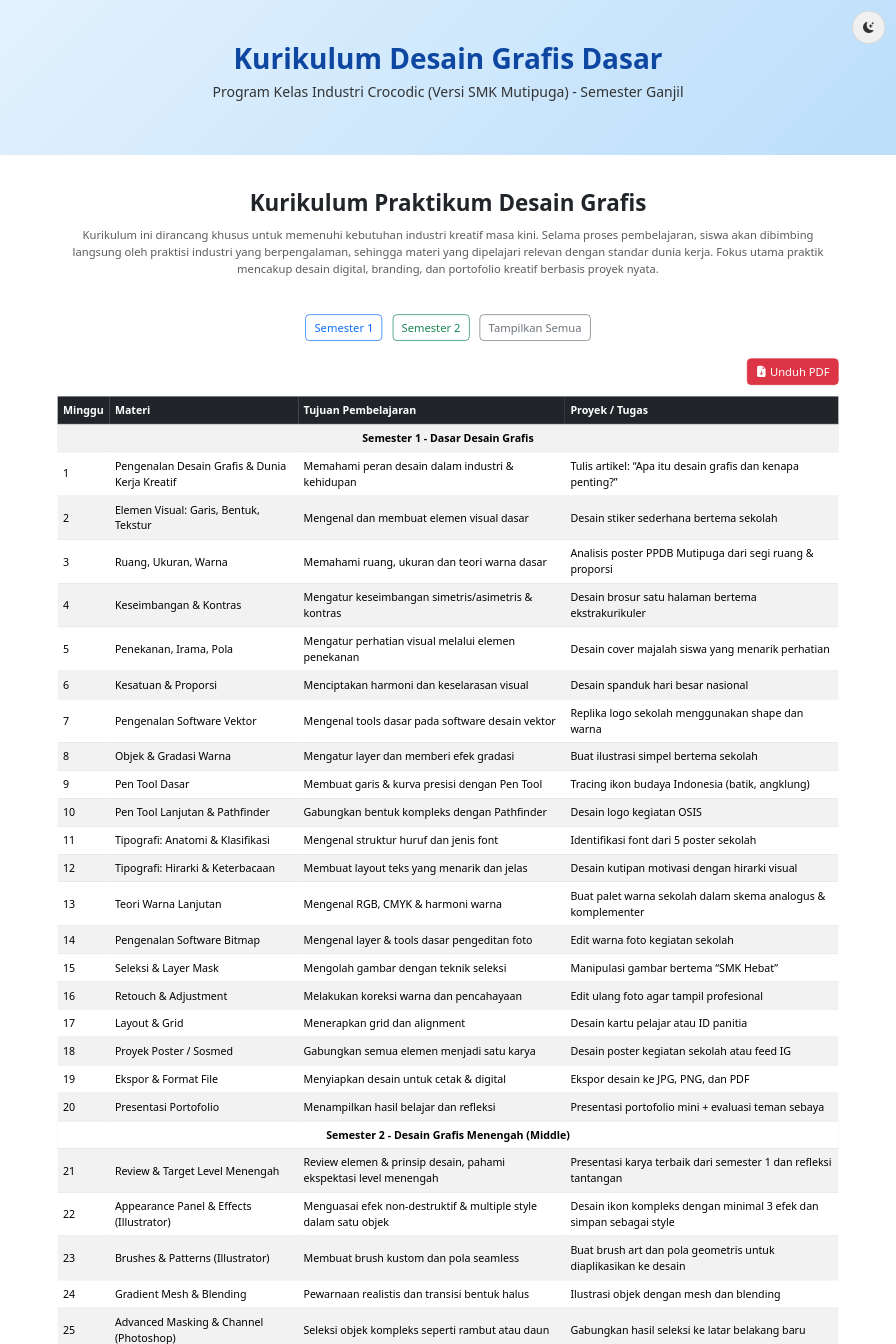
Repository: ppdbsmkmutipuga/kurikulumdesain
Page: index.html
The author's editor kept a copy of each file at every save. The page is drawn from the files as they stood at one save, then again after a run of saves.
The browser window is 1280 px wide. The pictures show the part of the page from y = 0 to 1920 px (the page is 2959 px tall before and 3035 px after), at 70% of full size.

Above is the page before, as saved 2025-07-01 05:13:45.

### index.html
<!DOCTYPE html>
<html lang="id">

<head>
    <meta charset="UTF-8" />
    <meta name="viewport" content="width=device-width, initial-scale=1.0" />
    <title>Kurikulum Desain Grafis - SMK Mutipuga</title>
    <link href="https://cdn.jsdelivr.net/npm/bootstrap@5.3.3/dist/css/bootstrap.min.css" rel="stylesheet" />
    <link href="https://cdnjs.cloudflare.com/ajax/libs/aos/2.3.4/aos.css" rel="stylesheet" />
    <link href="https://cdn.jsdelivr.net/npm/bootstrap-icons@1.10.5/font/bootstrap-icons.css" rel="stylesheet">
    <link rel="stylesheet" href="style.css">
    <script src="https://cdnjs.cloudflare.com/ajax/libs/html2pdf.js/0.10.1/html2pdf.bundle.min.js"></script>

</head>

<body>
    <button class="btn btn-outline-dark mode-toggle" onclick="toggleMode()">
        <i class="bi bi-moon-stars-fill"></i>
    </button>

    <!-- Hero Section -->
    <section class="hero" data-aos="fade-down">
        <div class="container">
            <h1>Kurikulum Desain Grafis Dasar</h1>
            <p class="lead">Program Kelas Industri Crocodic (Versi SMK Mutipuga) - Semester Ganjil</p>
        </div>
    </section>

    <!-- Table Section -->
    <section class="container my-5" data-aos="fade-up">
        <h2 class="section-title text-center fw-bold mb-3">Kurikulum Praktikum Desain Grafis</h2>
        <p class="text-center mb-5 text-muted">
            Kurikulum ini dirancang khusus untuk memenuhi kebutuhan industri kreatif masa kini.
            Selama proses pembelajaran, siswa akan dibimbing langsung oleh praktisi industri yang berpengalaman,
            sehingga materi yang dipelajari relevan dengan standar dunia kerja.
            Fokus utama praktik mencakup desain digital, branding, dan portofolio kreatif berbasis proyek nyata.
        </p>

        <div class="filter-buttons">
            <button class="btn btn-outline-primary" onclick="filterSemester(1)">Semester 1</button>
            <button class="btn btn-outline-success" onclick="filterSemester(2)">Semester 2</button>
            <button class="btn btn-outline-secondary" onclick="filterSemester(0)">Tampilkan Semua</button>
        </div>
        <div class="text-end my-3">
            <button class="btn btn-danger" onclick="downloadPDF()">
                <i class="bi bi-file-earmark-arrow-down-fill"></i> Unduh PDF
            </button>
        </div>

        <div id="pdf-content">
            <div class="table-container">
                <div class="table-responsive">
                    <table class="table table-striped table-hover align-middle mb-0" id="kurikulumTable">
                        <thead class="table-dark">
                            <tr>
                                <th scope="col">Minggu</th>
                                <th scope="col">Materi</th>
                                <th scope="col">Tujuan Pembelajaran</th>
                                <th scope="col">Proyek / Tugas</th>
                            </tr>
                        </thead>
                        <tbody>

                            <!-- Data rows akan di-load lewat JS -->
                        </tbody>
                    </table>
                </div>
            </div>
    </section>

    <!-- Footer -->
    <footer>
        &copy; 2025 SMK Muhammadiyah 3 Pucang Gading | Program Kelas Industri Crocodic
    </footer>

    <!-- Scripts -->
    <script src="https://cdn.jsdelivr.net/npm/bootstrap@5.3.3/dist/js/bootstrap.bundle.min.js"></script>
    <script src="https://cdnjs.cloudflare.com/ajax/libs/aos/2.3.4/aos.js"></script>
    <script src="script.js"></script>
</body>

</html>

### style.css
/* =========================
   HERO SECTION
========================= */
.hero {
  padding: 60px 0;
  background: linear-gradient(135deg, #e3f2fd, #bbdefb);
  text-align: center;
}

.hero h1 {
  font-weight: 700;
  font-size: 2.5rem;
  color: #0d47a1;
}

.hero p {
  font-size: 1.25rem;
  color: #333;
}

body.bg-dark .hero {
  background: linear-gradient(135deg, #1e1e1e, #2c2c2c);
}

body.bg-dark .hero h1 {
  color: #90caf9;
}

body.bg-dark .hero p {
  color: #cccccc;
}

/* =========================
   FILTER BUTTONS
========================= */
.filter-buttons {
  text-align: center;
  margin: 20px 0;
}

.filter-buttons .btn {
  margin: 5px;
}

body.bg-dark .btn-outline-primary {
  color: #90caf9;
  border-color: #90caf9;
}

body.bg-dark .btn-outline-success {
  color: #81c784;
  border-color: #81c784;
}

body.bg-dark .btn-outline-secondary {
  color: #b0bec5;
  border-color: #b0bec5;
}

/* =========================
   TABLE SECTION
========================= */
.table-container {
  overflow-x: auto;
}

.table th,
.table td {
  vertical-align: middle !important;
  font-size: 0.95rem;
}

/* Baris header semester (custom row) */
.table .table-header-row {
  background-color: #cce5ff;
  font-weight: 600;
  text-align: center;
}

body.bg-dark .table .table-header-row {
  background-color: #2c3e50;
  color: #ffffff !important;
}

/* DARK MODE TABLE FIX */
body.bg-dark .table,
body.bg-dark .table td,
body.bg-dark .table th {
  color: #f1f1f1 !important;
  background-color: transparent !important;
  opacity: 1 !important;
}

body.bg-dark .table-striped tbody tr:nth-of-type(odd) {
  background-color: #2c2c2c !important;
}

body.bg-dark .table-striped tbody tr:nth-of-type(even) {
  background-color: #1a1a1a !important;
}

body.bg-dark .table-hover tbody tr:hover {
  background-color: #3a3a3a !important;
}

body.bg-dark .table thead th {
  background-color: #111 !important;
  color: #fff !important;
  border-color: #444 !important;
}

body.bg-dark .table-primary {
  background-color: #455a64 !important;
  color: #fff !important;
}

/* =========================
   FOOTER
========================= */
footer {
  padding: 20px;
  text-align: center;
  background-color: #f1f1f1;
  margin-top: 50px;
  font-size: 0.9rem;
  color: #333;
}

body.bg-dark footer {
  background-color: #1e1e1e;
  color: #e0e0e0;
}

/* =========================
   MODE TOGGLE BUTTON
========================= */
.mode-toggle {
  position: fixed;
  top: 15px;
  right: 15px;
  z-index: 1000;
  border-radius: 50%;
  width: 48px;
  height: 48px;
  display: flex;
  align-items: center;
  justify-content: center;
  background-color: #f0f0f0;
  color: #333;
  border: 1px solid #ccc;
}

/* Header tabel semester */
.table-header-row {
  background-color: #cce5ff;
  /* mode terang */
  color: #0d47a1;
}

/* Ubah header semester agar lebih gelap dan teks lebih jelas di dark mode */
body.bg-dark .table-header-row {
  background-color: #37474f;
  /* warna gelap yang elegan */
  color: #ffffff;
}

body.bg-dark .mode-toggle {
  background-color: #333;
  color: #fff;
  border: 1px solid #666;
}

/* Footer default */
footer {
  padding: 20px;
  text-align: center;
  background-color: #f1f1f1;
  margin-top: 50px;
  font-size: 0.9rem;
  color: #333;
}

/* Footer saat dark mode */
body.bg-dark footer {
  background-color: #1e1e1e;
  color: #ccc;
}


/* =========================
   RESPONSIVE
========================= */
@media (max-width: 768px) {
  .hero h1 {
    font-size: 1.8rem;
  }

  .hero p {
    font-size: 1rem;
  }

  .table th,
  .table td {
    font-size: 0.85rem;
  }
}

@media (max-width: 576px) {
  .mode-toggle {
    width: 40px;
    height: 40px;
  }

  .hero {
    padding: 40px 0;
  }
}

@media print {
  body {
    background: #fff !important;
    color: #000 !important;
  }

  .mode-toggle,
  .filter-buttons,
  footer {
    display: none !important;
  }

  .table th,
  .table td {
    font-size: 0.75rem;
  }
}

@media print {

  html,
  body {
    width: 210mm;
    height: 297mm;
    margin: 0;
    padding: 0;
    overflow: hidden;
    zoom: 0.75;
    /* Sesuaikan skala agar muat ke PDF */
  }

  .table-container {
    overflow: visible !important;
  }

  .table-responsive {
    overflow: visible !important;
  }

  table {
    table-layout: fixed;
    width: 100% !important;
    word-wrap: break-word;
  }

  .table td,
  .table th {
    font-size: 10pt !important;
    padding: 6px 8px;
    white-space: normal !important;
  }

  .filter-buttons,
  .mode-toggle,
  footer {
    display: none !important;
  }
}

### script.js
// Inisialisasi animasi AOS
AOS.init();

// Data lengkap Week 1–40
const tableData = [
    { week: 'Semester 1 - Dasar Desain Grafis', isHeader: true, semester: 1 },
    { week: 1, materi: 'Pengenalan Desain Grafis & Dunia Kerja Kreatif', tujuan: 'Memahami peran desain dalam industri & kehidupan', tugas: 'Tulis artikel: “Apa itu desain grafis dan kenapa penting?”', semester: 1 },
    { week: 2, materi: 'Elemen Visual: Garis, Bentuk, Tekstur', tujuan: 'Mengenal dan membuat elemen visual dasar', tugas: 'Desain stiker sederhana bertema sekolah', semester: 1 },
    { week: 3, materi: 'Ruang, Ukuran, Warna', tujuan: 'Memahami ruang, ukuran dan teori warna dasar', tugas: 'Analisis poster PPDB Mutipuga dari segi ruang & proporsi', semester: 1 },
    { week: 4, materi: 'Keseimbangan & Kontras', tujuan: 'Mengatur keseimbangan simetris/asimetris & kontras', tugas: 'Desain brosur satu halaman bertema ekstrakurikuler', semester: 1 },
    { week: 5, materi: 'Penekanan, Irama, Pola', tujuan: 'Mengatur perhatian visual melalui elemen penekanan', tugas: 'Desain cover majalah siswa yang menarik perhatian', semester: 1 },
    { week: 6, materi: 'Kesatuan & Proporsi', tujuan: 'Menciptakan harmoni dan keselarasan visual', tugas: 'Desain spanduk hari besar nasional', semester: 1 },
    { week: 7, materi: 'Pengenalan Software Vektor', tujuan: 'Mengenal tools dasar pada software desain vektor', tugas: 'Replika logo sekolah menggunakan shape dan warna', semester: 1 },
    { week: 8, materi: 'Objek & Gradasi Warna', tujuan: 'Mengatur layer dan memberi efek gradasi', tugas: 'Buat ilustrasi simpel bertema sekolah', semester: 1 },
    { week: 9, materi: 'Pen Tool Dasar', tujuan: 'Membuat garis & kurva presisi dengan Pen Tool', tugas: 'Tracing ikon budaya Indonesia (batik, angklung)', semester: 1 },
    { week: 10, materi: 'Pen Tool Lanjutan & Pathfinder', tujuan: 'Gabungkan bentuk kompleks dengan Pathfinder', tugas: 'Desain logo kegiatan OSIS', semester: 1 },
    { week: 11, materi: 'Tipografi: Anatomi & Klasifikasi', tujuan: 'Mengenal struktur huruf dan jenis font', tugas: 'Identifikasi font dari 5 poster sekolah', semester: 1 },
    { week: 12, materi: 'Tipografi: Hirarki & Keterbacaan', tujuan: 'Membuat layout teks yang menarik dan jelas', tugas: 'Desain kutipan motivasi dengan hirarki visual', semester: 1 },
    { week: 13, materi: 'Teori Warna Lanjutan', tujuan: 'Mengenal RGB, CMYK & harmoni warna', tugas: 'Buat palet warna sekolah dalam skema analogus & komplementer', semester: 1 },
    { week: 14, materi: 'Pengenalan Software Bitmap', tujuan: 'Mengenal layer & tools dasar pengeditan foto', tugas: 'Edit warna foto kegiatan sekolah', semester: 1 },
    { week: 15, materi: 'Seleksi & Layer Mask', tujuan: 'Mengolah gambar dengan teknik seleksi', tugas: 'Manipulasi gambar bertema “SMK Hebat”', semester: 1 },
    { week: 16, materi: 'Retouch & Adjustment', tujuan: 'Melakukan koreksi warna dan pencahayaan', tugas: 'Edit ulang foto agar tampil profesional', semester: 1 },
    { week: 17, materi: 'Layout & Grid', tujuan: 'Menerapkan grid dan alignment', tugas: 'Desain kartu pelajar atau ID panitia', semester: 1 },
    { week: 18, materi: 'Proyek Poster / Sosmed', tujuan: 'Gabungkan semua elemen menjadi satu karya', tugas: 'Desain poster kegiatan sekolah atau feed IG', semester: 1 },
    { week: 19, materi: 'Ekspor & Format File', tujuan: 'Menyiapkan desain untuk cetak & digital', tugas: 'Ekspor desain ke JPG, PNG, dan PDF', semester: 1 },
    { week: 20, materi: 'Presentasi Portofolio', tujuan: 'Menampilkan hasil belajar dan refleksi', tugas: 'Presentasi portofolio mini + evaluasi teman sebaya', semester: 1 },
    { week: 'Semester 2 - Desain Grafis Menengah (Middle)', isHeader: true, semester: 2 },
    { week: 21, materi: 'Review & Target Level Menengah', tujuan: 'Review elemen & prinsip desain, pahami ekspektasi level menengah', tugas: 'Presentasi karya terbaik dari semester 1 dan refleksi tantangan', semester: 2 },
    { week: 22, materi: 'Appearance Panel & Effects (Illustrator)', tujuan: 'Menguasai efek non-destruktif & multiple style dalam satu objek', tugas: 'Desain ikon kompleks dengan minimal 3 efek dan simpan sebagai style', semester: 2 },
    { week: 23, materi: 'Brushes & Patterns (Illustrator)', tujuan: 'Membuat brush kustom dan pola seamless', tugas: 'Buat brush art dan pola geometris untuk diaplikasikan ke desain', semester: 2 },
    { week: 24, materi: 'Gradient Mesh & Blending', tujuan: 'Pewarnaan realistis dan transisi bentuk halus', tugas: 'Ilustrasi objek dengan mesh dan blending', semester: 2 },
    { week: 25, materi: 'Advanced Masking & Channel (Photoshop)', tujuan: 'Seleksi objek kompleks seperti rambut atau daun', tugas: 'Gabungkan hasil seleksi ke latar belakang baru', semester: 2 },
    { week: 26, materi: 'Smart Objects & Non-Destructive Workflow', tujuan: 'Menggunakan Smart Object dan Smart Filter dalam editing', tugas: 'Edit foto dengan teknik non-destruktif dan simpan editable', semester: 2 },
    { week: 27, materi: 'Compositing & Manipulasi Foto', tujuan: 'Gabungkan beberapa gambar menjadi satu komposisi yang harmonis', tugas: 'Buat karya bertema surealis/fantasi dengan minimal 3 gambar', semester: 2 },
    { week: 28, materi: 'Font Pairing & Hirarki Tipografi Lanjut', tujuan: 'Gunakan kombinasi font yang efektif dan hirarki teks yang kompleks', tugas: 'Desain halaman majalah atau web dengan 3 level teks dan font pairing', semester: 2 },
    { week: 29, materi: 'Typographic Grid & Readability', tujuan: 'Menggunakan grid dan memahami keterbacaan teks panjang', tugas: 'Rancang ulang artikel agar lebih rapi dan nyaman dibaca', semester: 2 },
    { week: 30, materi: 'Psikologi Warna & Palet Kustom', tujuan: 'Pahami pengaruh warna terhadap persepsi', tugas: 'Buat 2 palet warna untuk brand fiktif, berikan justifikasi', semester: 2 },
    { week: 31, materi: 'Logo & Identitas Visual Dasar', tujuan: 'Pahami jenis-jenis logo dan elemen visual', tugas: 'Analisis logo UKM lokal dan berikan saran pengembangan', semester: 2 },
    { week: 32, materi: 'Logo Variasi & Style Guide Dasar', tujuan: 'Desain versi logo berbeda dan panduan penggunaannya', tugas: 'Buat minimal 3 versi logo + 1 halaman style guide sederhana', semester: 2 },
    { week: 33, materi: 'InDesign: Master Pages', tujuan: 'Mengenal interface dan penggunaan master page', tugas: 'Desain dokumen 4 halaman dengan elemen tetap', semester: 2 },
    { week: 34, materi: 'InDesign: Styles & Text Flow', tujuan: 'Membuat paragraph styles dan mengatur aliran teks', tugas: 'Desain artikel dummy dengan text threading dan paragraph styles', semester: 2 },
    { week: 35, materi: 'UI/UX Design Principles', tujuan: 'Memahami prinsip dasar usability dan perbedaan UI/UX', tugas: 'Analisis aplikasi populer dan evaluasi prinsip usability-nya', semester: 2 },
    { week: 36, materi: 'Desain Elemen UI Dasar', tujuan: 'Desain tombol, form, dan komponen lain dengan berbagai state', tugas: 'Buat set UI: tombol, form, card dengan tampilan konsisten', semester: 2 },
    { week: 37, materi: 'Brief, Riset & Moodboard', tujuan: 'Menganalisis brief dan membuat visual moodboard', tugas: 'Buat moodboard untuk proyek branding fiktif', semester: 2 },
    { week: 38, materi: 'Proyek Integratif', tujuan: 'Menggabungkan semua skill dalam satu proyek besar', tugas: 'Lanjutkan proyek branding/brosur/UI berdasarkan brief', semester: 2 },
    { week: 39, materi: 'Print & Web Optimization', tujuan: 'Optimalkan file desain untuk cetak dan web', tugas: 'Ekspor proyek ke versi cetak (PDF) dan digital (JPG/PNG)', semester: 2 },
    { week: 40, materi: 'Portfolio Review & Karir', tujuan: 'Review proyek akhir dan diskusi karir desain', tugas: 'Presentasikan proyek akhir + 3–5 karya untuk portofolio mini', semester: 2 },
];

const tbody = document.querySelector('#kurikulumTable tbody');

function renderTable(filter) {
    tbody.innerHTML = '';
    let hasPrintedSemester1Header = false;
    let hasPrintedSemester2Header = false;
    tableData.forEach(row => {
        if (filter === 0 || row.semester === filter || row.isHeader) {
            if (row.isHeader) {
                if ((filter === 1 && row.semester === 1 && !hasPrintedSemester1Header) ||
                    (filter === 2 && row.semester === 2 && !hasPrintedSemester2Header) ||
                    filter === 0) {
                    const tr = document.createElement('tr');
                    tr.className = 'table-header-row text-center fw-bold';
                    const td = document.createElement('td');
                    td.setAttribute('colspan', 4);
                    td.textContent = row.week;
                    tr.appendChild(td);
                    tbody.appendChild(tr);
                    if (row.semester === 1) hasPrintedSemester1Header = true;
                    if (row.semester === 2) hasPrintedSemester2Header = true;
                }
            } else {
                if (filter === 0 || row.semester === filter) {
                    const tr = document.createElement('tr');
                    tr.innerHTML = `
            <td>${row.week}</td>
            <td>${row.materi}</td>
            <td>${row.tujuan}</td>
            <td>${row.tugas}</td>
          `;
                    tbody.appendChild(tr);
                }
            }
        }
    });
}

function filterSemester(semester) {
    renderTable(semester);
}

function toggleMode() {
    document.body.classList.toggle('bg-dark');
    document.body.classList.toggle('text-white');
}

renderTable(0);


function downloadPDF() {
    const element = document.getElementById("pdf-content");
    const opt = {
        margin: 0.2,
        filename: "kurikulum-desain-grafis.pdf",
        image: { type: "jpeg", quality: 0.98 },
        html2canvas: {
            scale: 3,        // Lebih tajam
            useCORS: true,   // Jika ada gambar
            allowTaint: true
        },
        jsPDF: {
            unit: "mm",
            format: "a4",
            orientation: "portrait"
        },
        pagebreak: { mode: ['avoid-all', 'css', 'legacy'] }
    };
    html2pdf().set(opt).from(element).save();
}

After the next 2 saves:
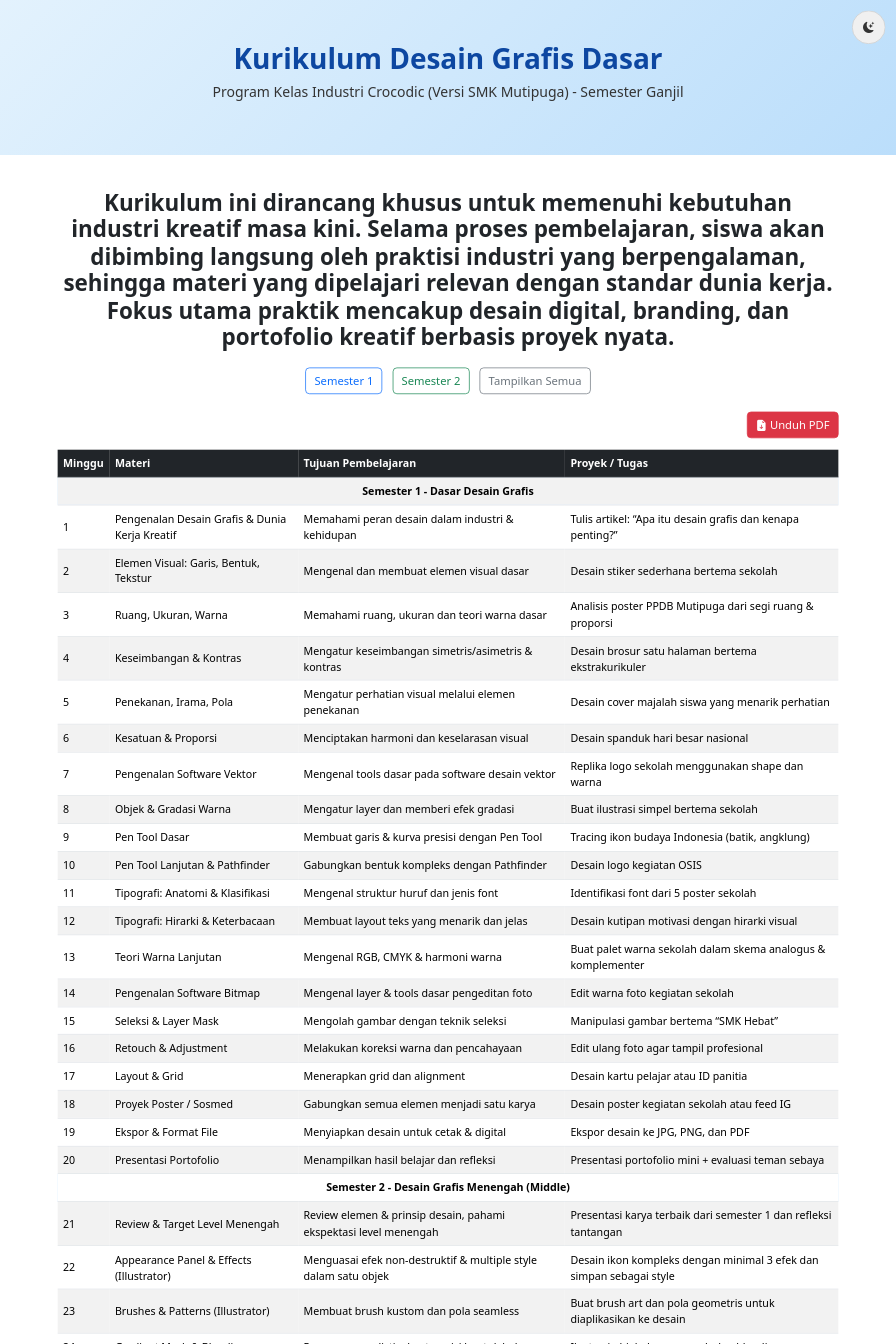
The 2 saves are shown as one change because they came seconds apart.
The last was saved 64 s later.
--- a/index.html
+++ b/index.html
@@ -28,13 +28,12 @@
 
     <!-- Table Section -->
     <section class="container my-5" data-aos="fade-up">
-        <h2 class="section-title text-center fw-bold mb-3">Kurikulum Praktikum Desain Grafis</h2>
-        <p class="text-center mb-5 text-muted">
+        <h2 class="section-title text-center fw-bold mb-3">
             Kurikulum ini dirancang khusus untuk memenuhi kebutuhan industri kreatif masa kini.
             Selama proses pembelajaran, siswa akan dibimbing langsung oleh praktisi industri yang berpengalaman,
             sehingga materi yang dipelajari relevan dengan standar dunia kerja.
             Fokus utama praktik mencakup desain digital, branding, dan portofolio kreatif berbasis proyek nyata.
-        </p>
+        </h2>
 
         <div class="filter-buttons">
             <button class="btn btn-outline-primary" onclick="filterSemester(1)">Semester 1</button>
